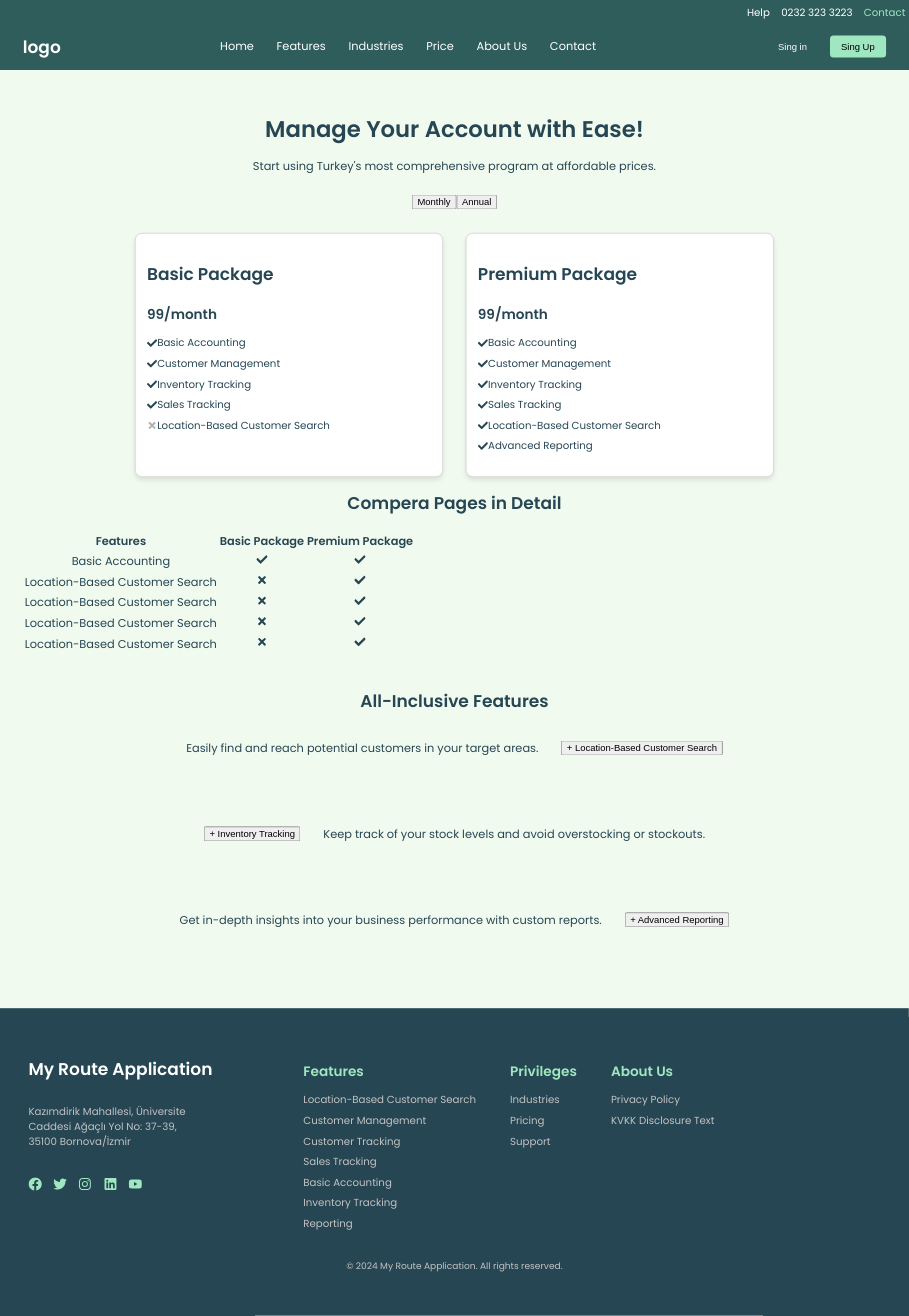
Repository: senolinanyasar/myrouteapplication
Page: /pricing
An editor plug-in stored every save of this project. The page is shown before and after the next save, followed by the edit.
The browser window is 1280 px wide. The pictures show the whole page, at 71% of full size.
The project was rebuilt for these pictures with package versions that can differ from the ones it lists, and the page was loaded fresh each time. Also part of the build but not shown: vite.config.js, src/components/HeroSection.css, src/components/HeroSection.js, src/components/FeaturesSection.js, src/components/PricingSection.css, src/components/PricingSection.js, src/components/SupportSection.css, src/components/SupportSection.js and 3 more.

Above is the page before, as saved 2024-11-15 21:03:30.

After the next save:
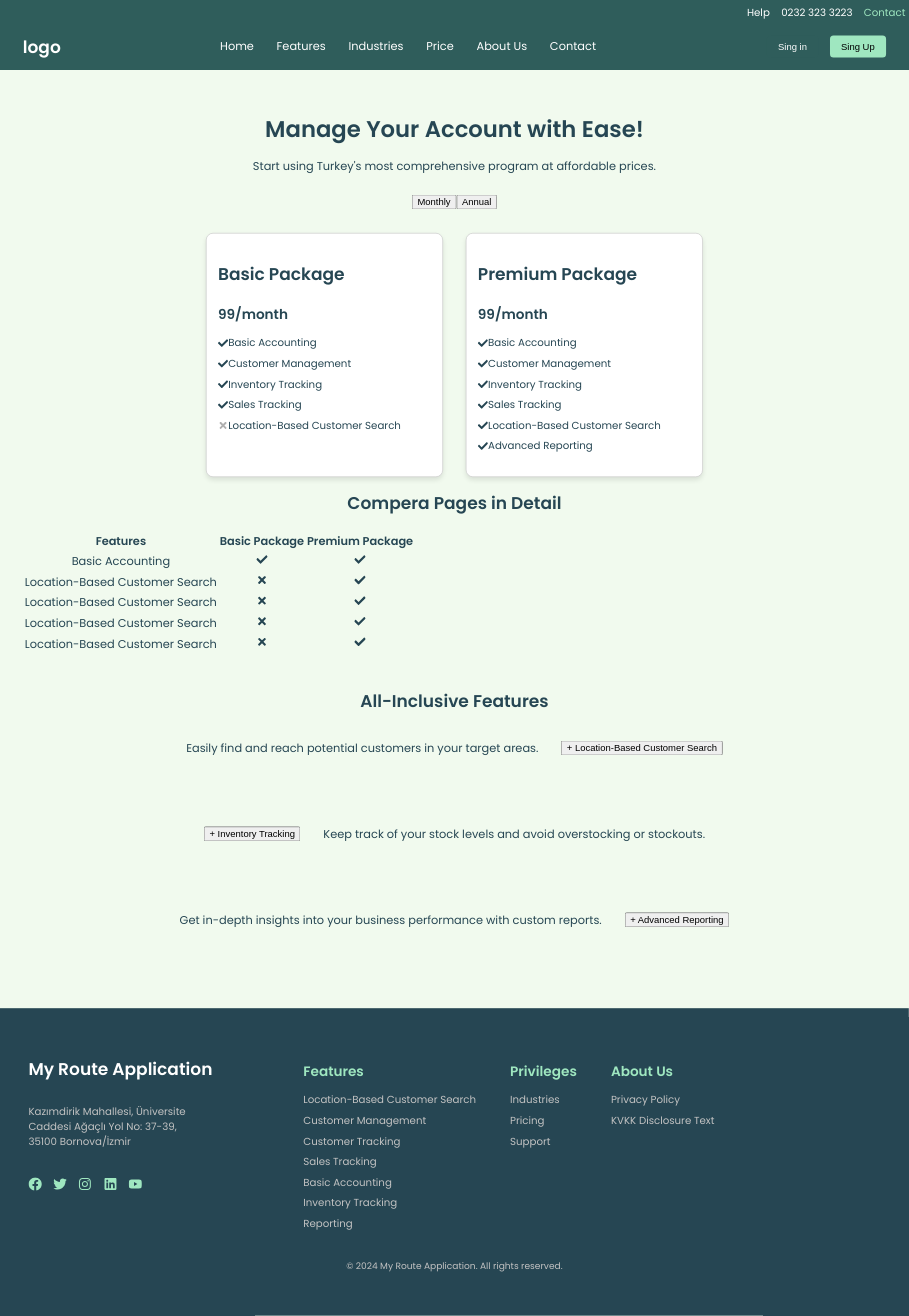
Saved 10 s later.
--- a/src/components/PricingPage.css
+++ b/src/components/PricingPage.css
@@ -39,7 +39,7 @@
     border: 1px solid #ccc;
     border-radius: 10px;
     padding: 1rem;
-    width: 400px;
+    width: 300px;
     text-align: left;
     background-color: #ffffff;
     box-shadow: 0px 4px 8px rgba(0, 0, 0, 0.1);
